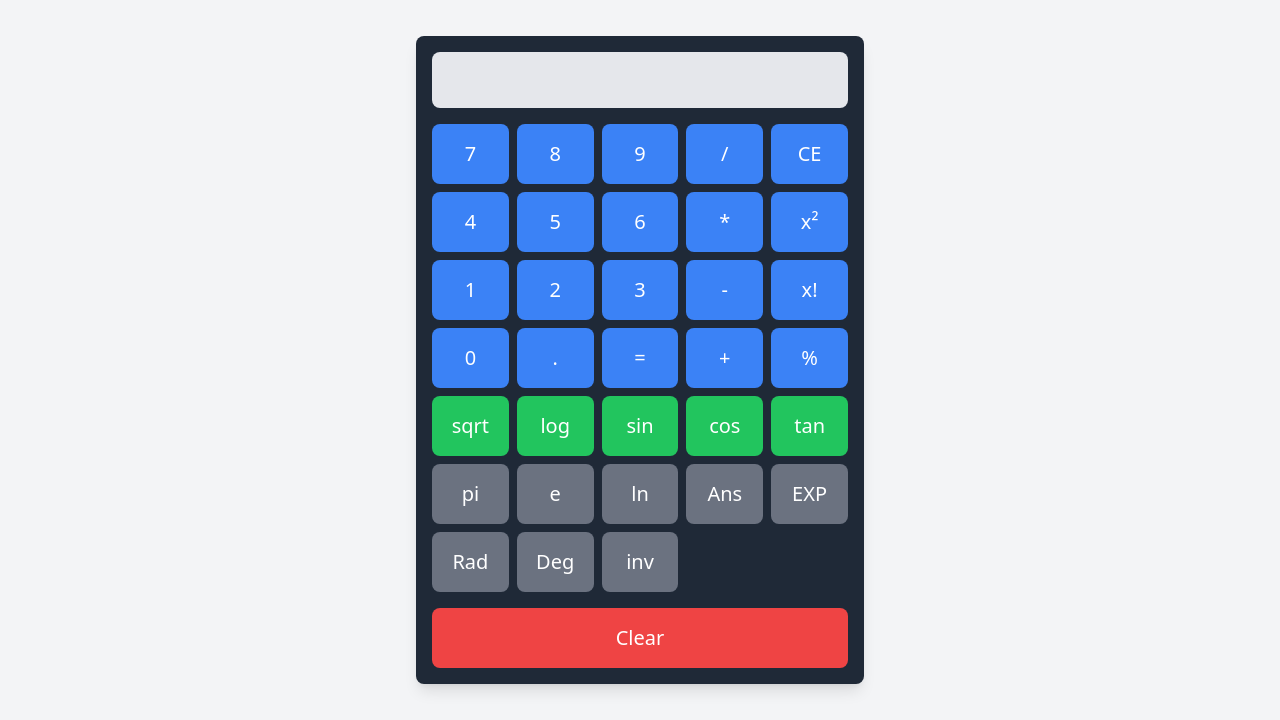
Repository: Sirinegaddour11/Calculator-App
Page: /
An editor plug-in stored every save of this project. The page is shown before and after the next save, followed by the edit.
The browser window is 1280 px wide. The pictures show the whole page.
The project was rebuilt for these pictures with package versions that can differ from the ones it lists, and the page was loaded fresh each time. The framework's server and built-in components were replaced by stand-ins that run in the browser. Also part of the build but not shown: next.config.mjs.

Above is the page before, as saved 2024-09-16 17:44:22.

After the next save:
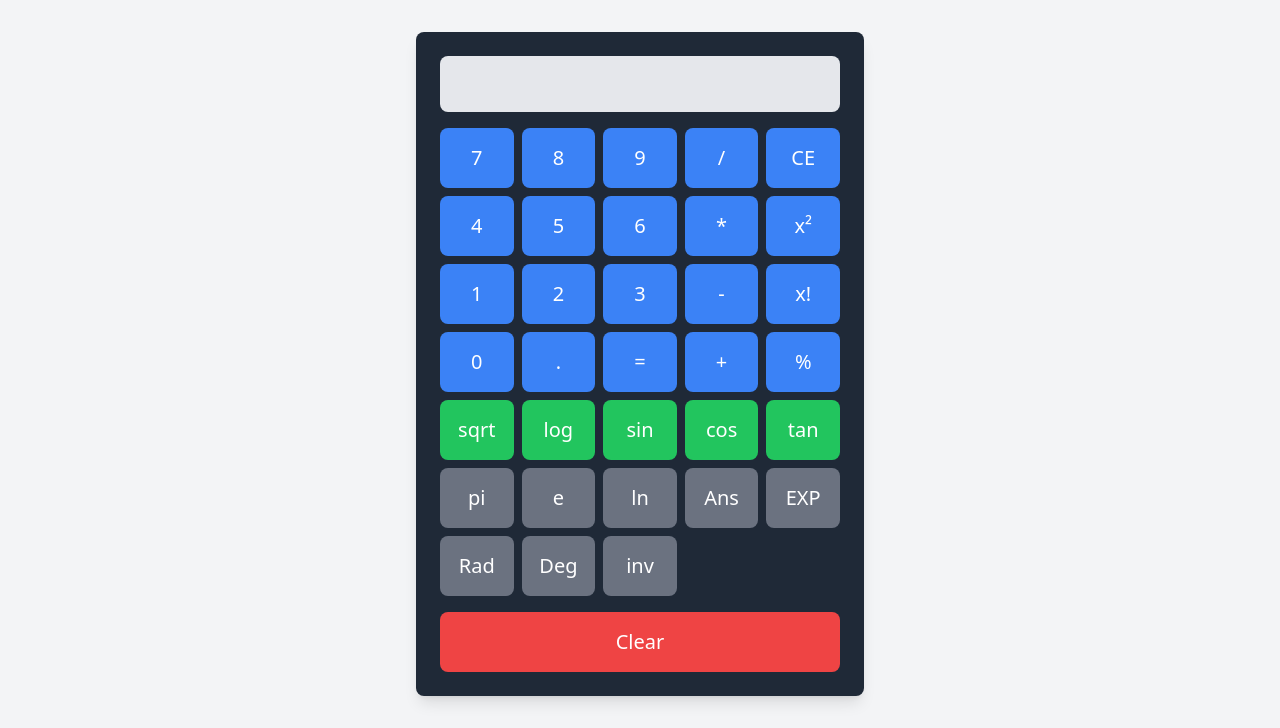
Saved 7 min 24 s later.
--- a/components/calculator.tsx
+++ b/components/calculator.tsx
@@ -66,8 +66,8 @@ const Calculator: React.FC = () => {
   };
 
   return (
-    <div className="flex justify-center items-center h-screen p-4 bg-gray-100">
-      <div className="max-w-md w-full bg-gray-800 rounded-lg shadow-lg p-4">
+    <div className="flex justify-center items-center min-h-[50vh] p-8 bg-gray-100">
+      <div className="max-w-md w-full bg-gray-800 rounded-lg shadow-lg p-6">
         <input
           type="text"
           className="w-full mb-4 p-3 text-2xl text-right bg-gray-200 rounded-lg"
